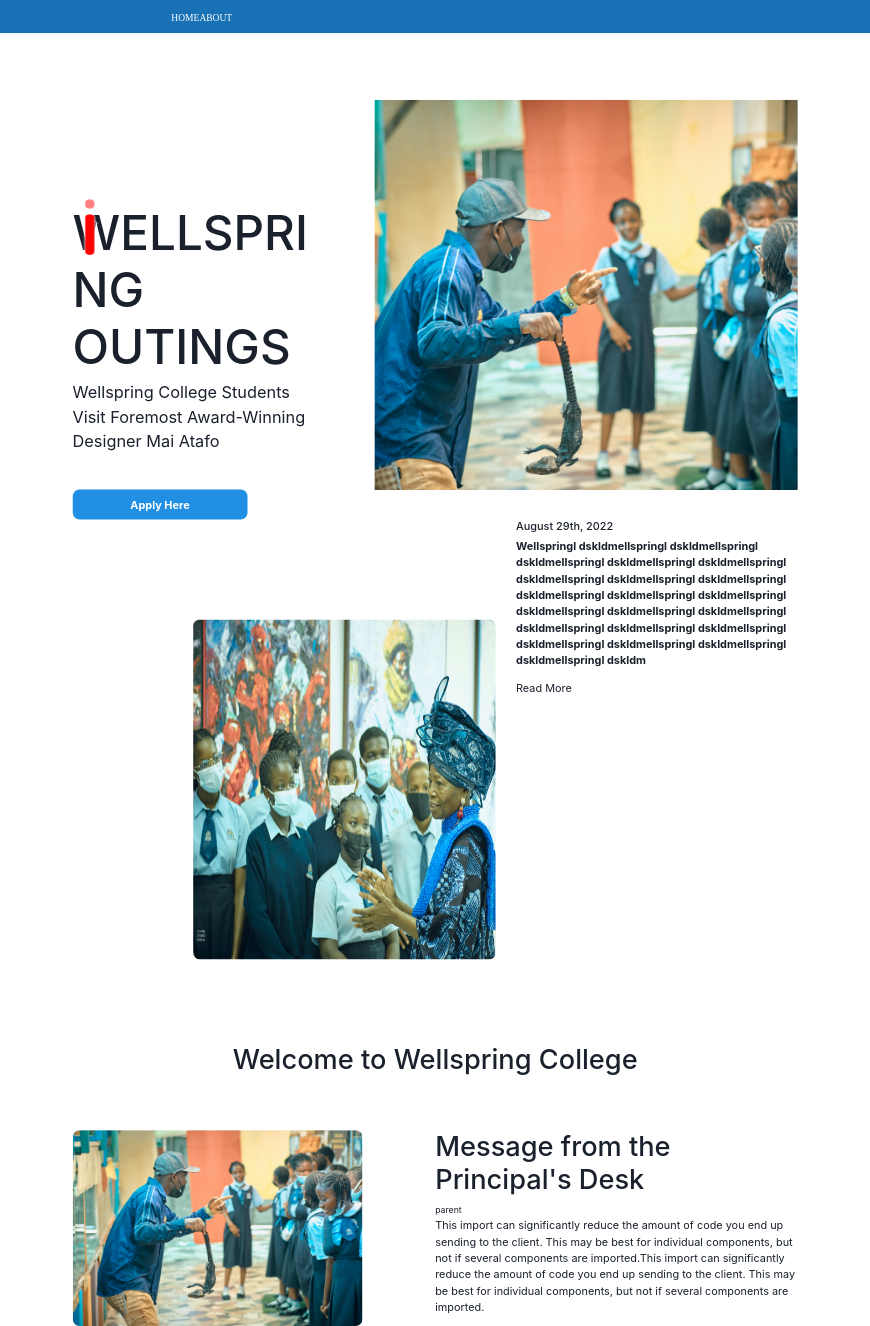
Repository: gr8skills/wellspring-school-forked
Page: /
An editor plug-in stored every save of this project. The page is shown before and after the next save, followed by the edit.
The browser window is 1280 px wide. The pictures show the whole page, at 68% of full size.
The project was rebuilt for these pictures with package versions that can differ from the ones it lists, and the page was loaded fresh each time. Also part of the build but not shown: src/components/Navbar/Dropdown.scss, src/components/Navbar/Dropdown.js, src/components/Calendar/Calendar.js.

Above is the page before, as saved 2022-12-02 00:01:46.

After the next save:
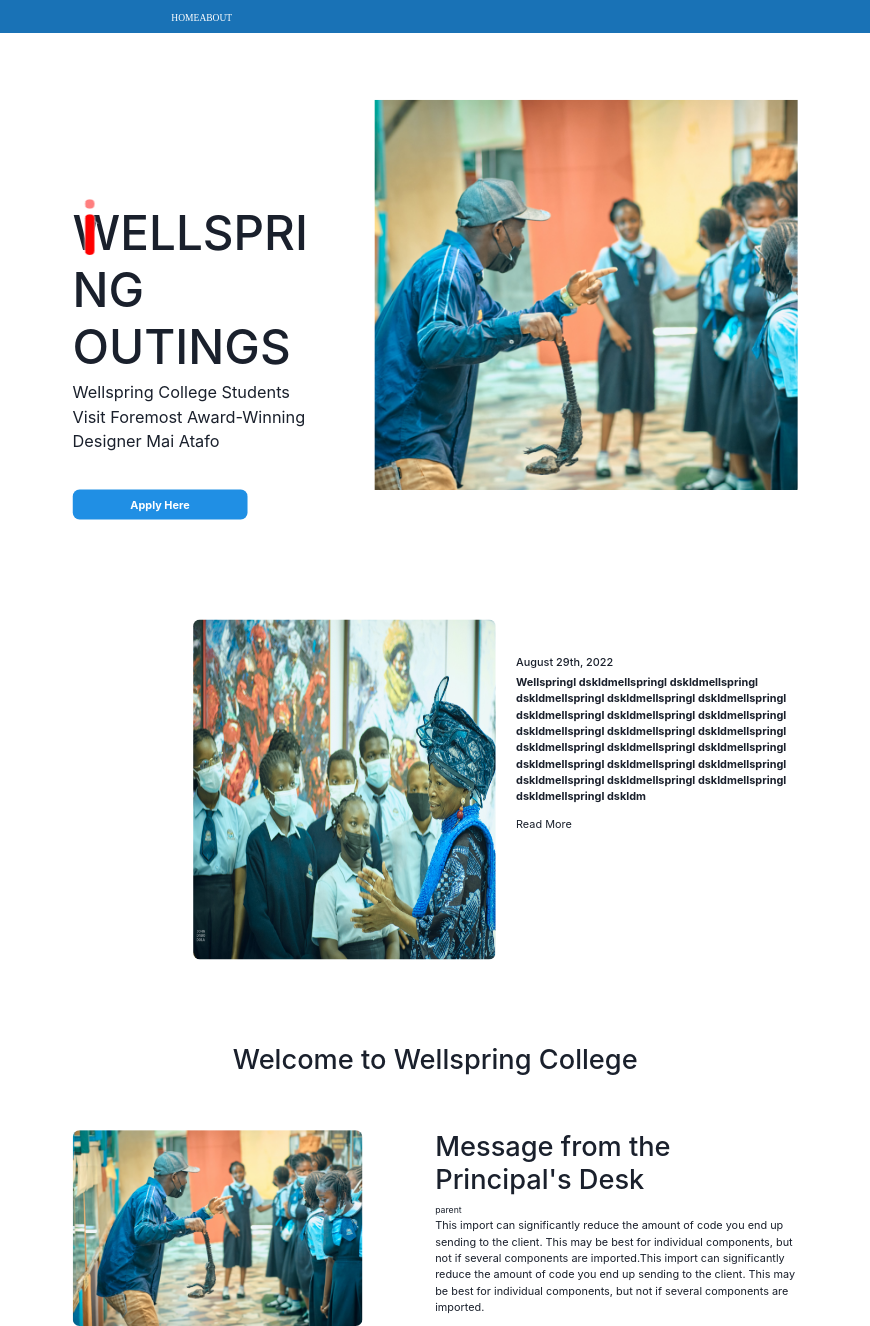
Saved 15 s later.
--- a/src/components/News/_news.scss
+++ b/src/components/News/_news.scss
@@ -12,7 +12,7 @@
 
     }
     .news-description{
-        // margin-top:200px;
+        margin-top:200px;
         margin-left:30px;
     }
 }
